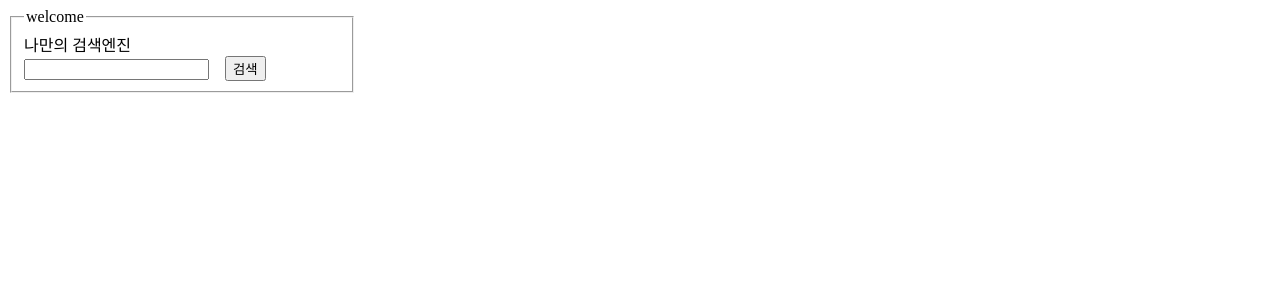
Repository: hus0124/M-IT
Page: JSP_Workspaces/Test3/WebContent/search.html
The author's editor kept a copy of each file at every save. The page is drawn from the files as they stood at one save, then again after the next save.
The browser window is 1280 px wide. The pictures show the whole page.

Above is the page before, as saved 2020-01-02 00:34:40.

After the next save:
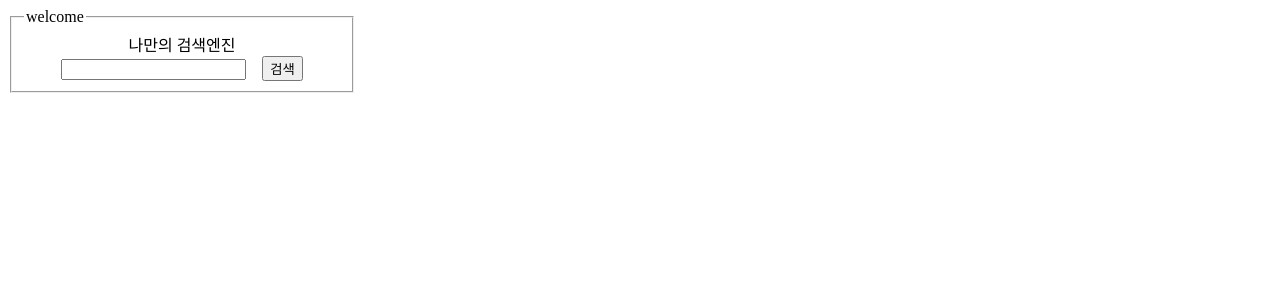
Saved 42 s later.
--- a/JSP_Workspaces/Test3/WebContent/search.html
+++ b/JSP_Workspaces/Test3/WebContent/search.html
@@ -7,7 +7,7 @@
 <body>
 	<fieldset style="width:25%">
 	<legend>welcome</legend>
-	<form action = "result.jsp" method = "get">
+	<form action = "result.jsp" method = "get" style="text-align:center">
 		나만의 검색엔진<br>
 		<input type = "text" name = "search">&emsp;<input type = "submit" value = "검색">
 	</form>
